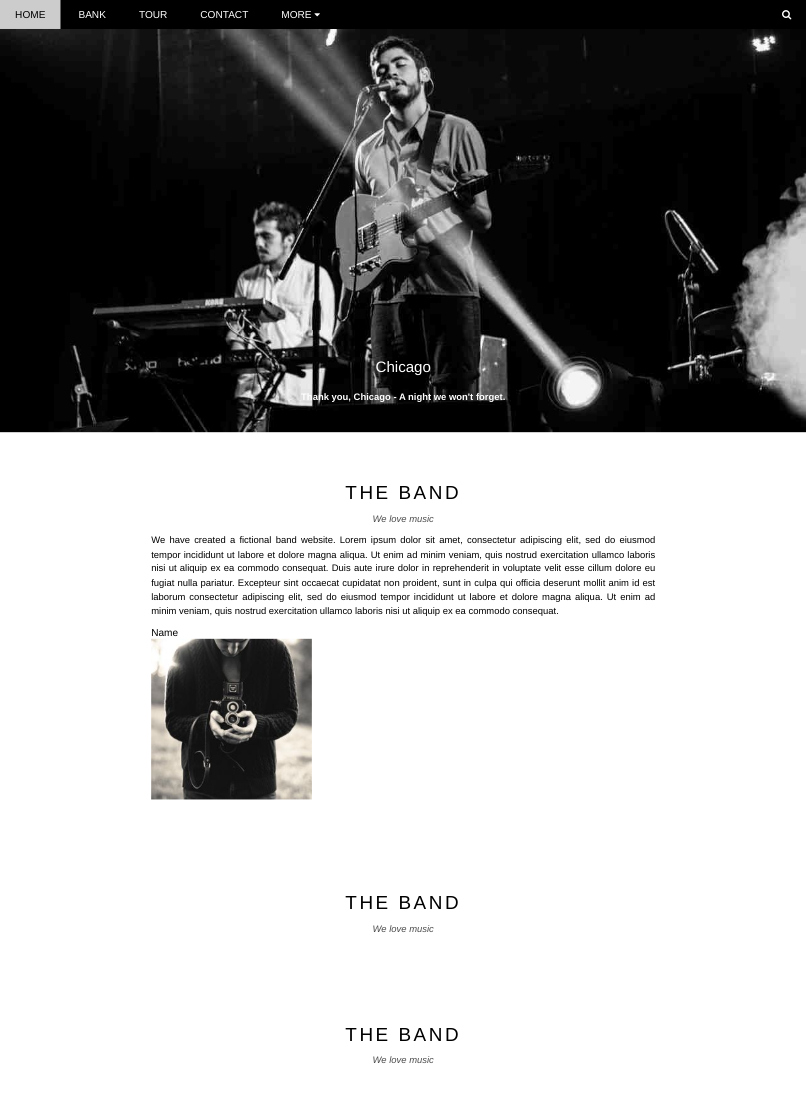
Repository: vuongtm1999/TheBand_W3School
Page: index.html
These files come from the project's save history. The page is drawn as it stood at one moment and after the next save; the edit follows.
The browser window is 1280 px wide. The pictures show the whole page, at 63% of full size.

Above is the page before, as saved 2022-08-26 11:47:39.

After the next save:
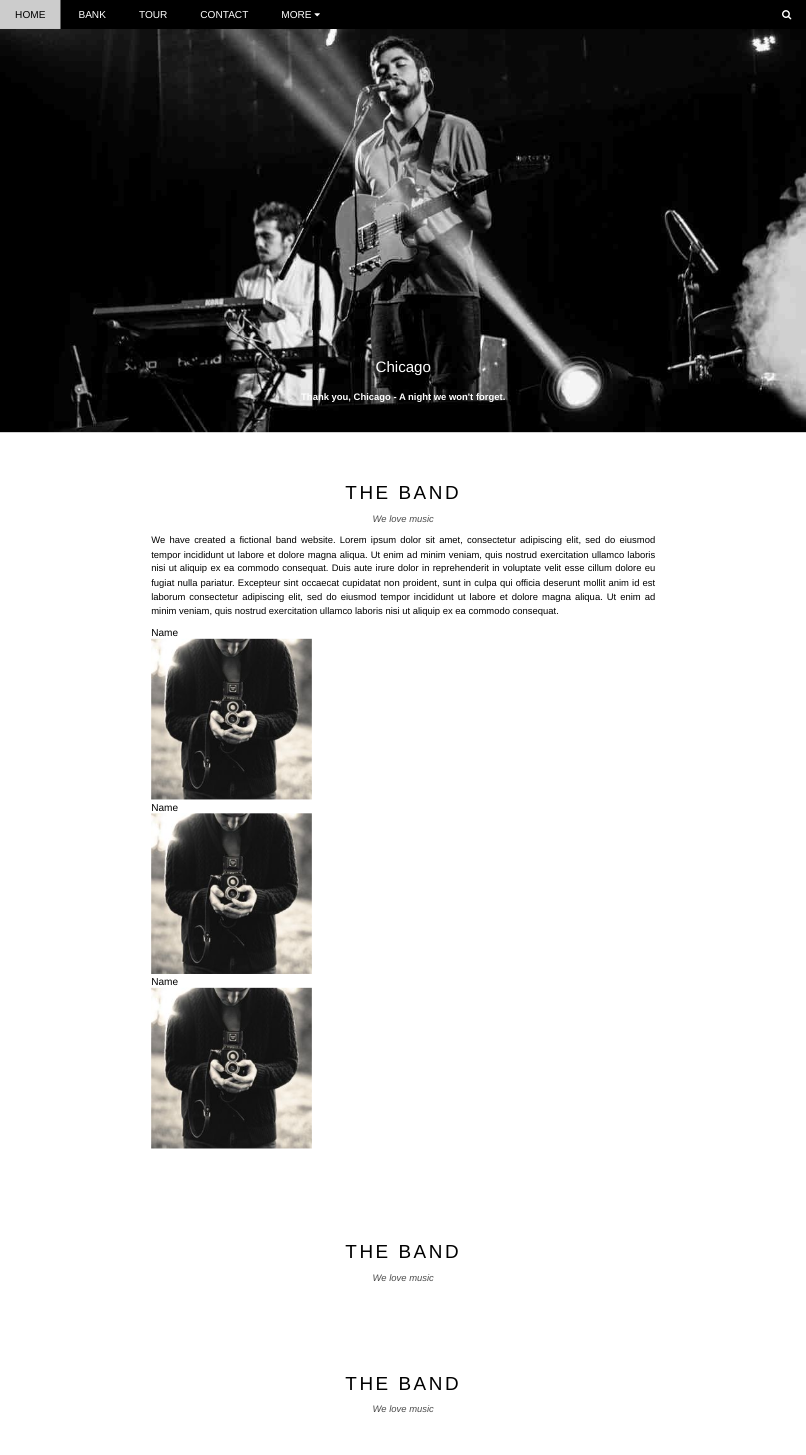
Saved 14 s later.
--- a/index.html
+++ b/index.html
@@ -56,6 +56,17 @@
                 <p class="section-about-text">We have created a fictional band website. Lorem ipsum dolor sit amet, consectetur adipiscing elit, sed do eiusmod tempor incididunt ut labore et dolore magna aliqua. Ut enim ad minim veniam, quis nostrud exercitation ullamco laboris nisi ut aliquip ex ea commodo consequat. Duis aute irure dolor in reprehenderit in voluptate velit esse cillum dolore eu fugiat nulla pariatur. Excepteur sint occaecat cupidatat non proident, sunt in culpa qui officia deserunt mollit anim id est laborum consectetur adipiscing elit, sed do eiusmod tempor incididunt ut labore et dolore magna aliqua. Ut enim ad minim veniam, quis nostrud exercitation ullamco laboris nisi ut aliquip ex ea commodo consequat.</p>
 
                 <div class="member-list">
+
+                    <div class="member-item">
+                        <p class="member-name">Name</p>
+                        <img src="assets/img/bandmember.jpg" alt="member">
+                    </div>
+
+                    <div class="member-item">
+                        <p class="member-name">Name</p>
+                        <img src="assets/img/bandmember.jpg" alt="member">
+                    </div>
+
                     <div class="member-item">
                         <p class="member-name">Name</p>
                         <img src="assets/img/bandmember.jpg" alt="member">
